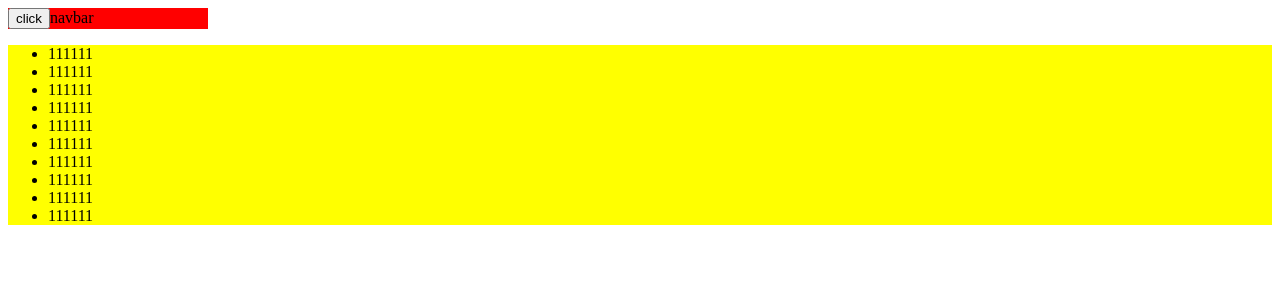
Repository: zenghao518518/React
Page: /
An editor plug-in stored every save of this project. The page is shown before and after the next save, followed by the edit.
The browser window is 1280 px wide. The pictures show the whole page.
The project was rebuilt for these pictures with package versions that can differ from the ones it lists, and the page was loaded fresh each time.

Above is the page before, as saved 2023-08-02 14:00:38.

### src/index.js
import React from 'react';
//import ReactDOM from 'react-dom';
import ReactDOM from 'react-dom/client'
//import './01-base/01-class组件'
//ReactDOM.render(<div>111111</div>,document.getElementById('root'))                    //);
//import App from './01-base/01-class组件'
//import App from './01-base/02-函数式组件'
//import App from './01-base/03-组件的嵌套'
//import App from './01-base/04-组件的样式'
//import App from './01-base/05-事件绑定-1'
//import App from './01-base/06-事件绑定-2'
//import App from './01-base/07-ref'
//import App from './01-base/08-state'
//import App from './01-base/09-数组渲染'
//import App from './01-base/10-todolist'
//import App from './01-base/12-卖座选项卡'
//import App from './01-base/13-setState同步异步'
//import App from './01-base/14-betterScroll'
//import App from './01-base/15-betterscroll-cinema'
//import App from './01-base/16-prop'
//import App from './01-base/17-props函数式组件'
//import App from './01-base/18-状态vs属性'
//import App from './01-base/19-非受控'
//import App from './01-base/20-受控'
//import App from './01-base/21-受控Cinema'
//import App from './01-base/22-受控todolist'
import App from './02-advanced/01-子传父'

let root = ReactDOM.createRoot(document.getElementById('root'));
//root.render(<div>111111</div>);
root.render(<React.StrictMode><App></App></React.StrictMode>);
//root.render(<App></App>);

### src/02-advanced/01-子传父.js
import React, { Component } from "react";

class Navbar extends Component {
  render() {
    return (
      <div style={{ background: "red",width:"200px" }}>
          <button>click</button>
          <span>navbar</span>
      </div>
    );
  }
}

class Sidebar extends Component {
    render() {
      return (
        <div style={{ background: "yellow" }}>

          <ul>
            <li>111111</li>
            <li>111111</li>
            <li>111111</li>
            <li>111111</li>
            <li>111111</li>
            <li>111111</li>
            <li>111111</li>
            <li>111111</li>
            <li>111111</li>
            <li>111111</li>
        </ul>

        </div>
      );
    }
  }

export default class App extends Component {
  render() {
    return <div>
        <Navbar/>
        <Sidebar/>
    </div>;
  }
}

Loaded but not shown: public/index.html (common file)

After the next save:
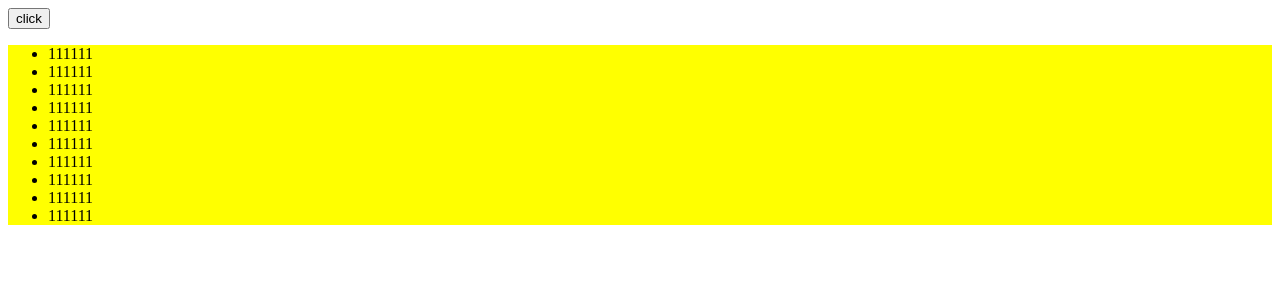
Saved 2 h 4 min later.
--- a/src/02-advanced/01-子传父.js
+++ b/src/02-advanced/01-子传父.js
@@ -3,42 +3,57 @@ import React, { Component } from "react";
 class Navbar extends Component {
   render() {
     return (
-      <div style={{ background: "red",width:"200px" }}>
-          <button>click</button>
-          <span>navbar</span>
+      <div style={{ background: "red", width: "200px" }}>
+        <button>click</button>
+        <span>navbar</span>
       </div>
     );
   }
 }
 
 class Sidebar extends Component {
-    render() {
-      return (
-        <div style={{ background: "yellow" }}>
-
-          <ul>
-            <li>111111</li>
-            <li>111111</li>
-            <li>111111</li>
-            <li>111111</li>
-            <li>111111</li>
-            <li>111111</li>
-            <li>111111</li>
-            <li>111111</li>
-            <li>111111</li>
-            <li>111111</li>
+  render() {
+    return (
+      <div style={{ background: "yellow" }}>
+        <ul>
+          <li>111111</li>
+          <li>111111</li>
+          <li>111111</li>
+          <li>111111</li>
+          <li>111111</li>
+          <li>111111</li>
+          <li>111111</li>
+          <li>111111</li>
+          <li>111111</li>
+          <li>111111</li>
         </ul>
-
-        </div>
-      );
-    }
+      </div>
+    );
   }
+}
 
 export default class App extends Component {
+  state = {
+    isshow: false,
+  };
+
   render() {
-    return <div>
-        <Navbar/>
-        <Sidebar/>
-    </div>;
+    return (
+      <div>
+        {/* <Navbar/> */}
+
+        <button
+          onclick={() => {
+            this.setstate({
+              isshow: !this.state.isshow,
+            });
+          }}
+        >
+          click
+        </button>
+
+        <Sidebar />
+      </div>
+    );
   }
 }
